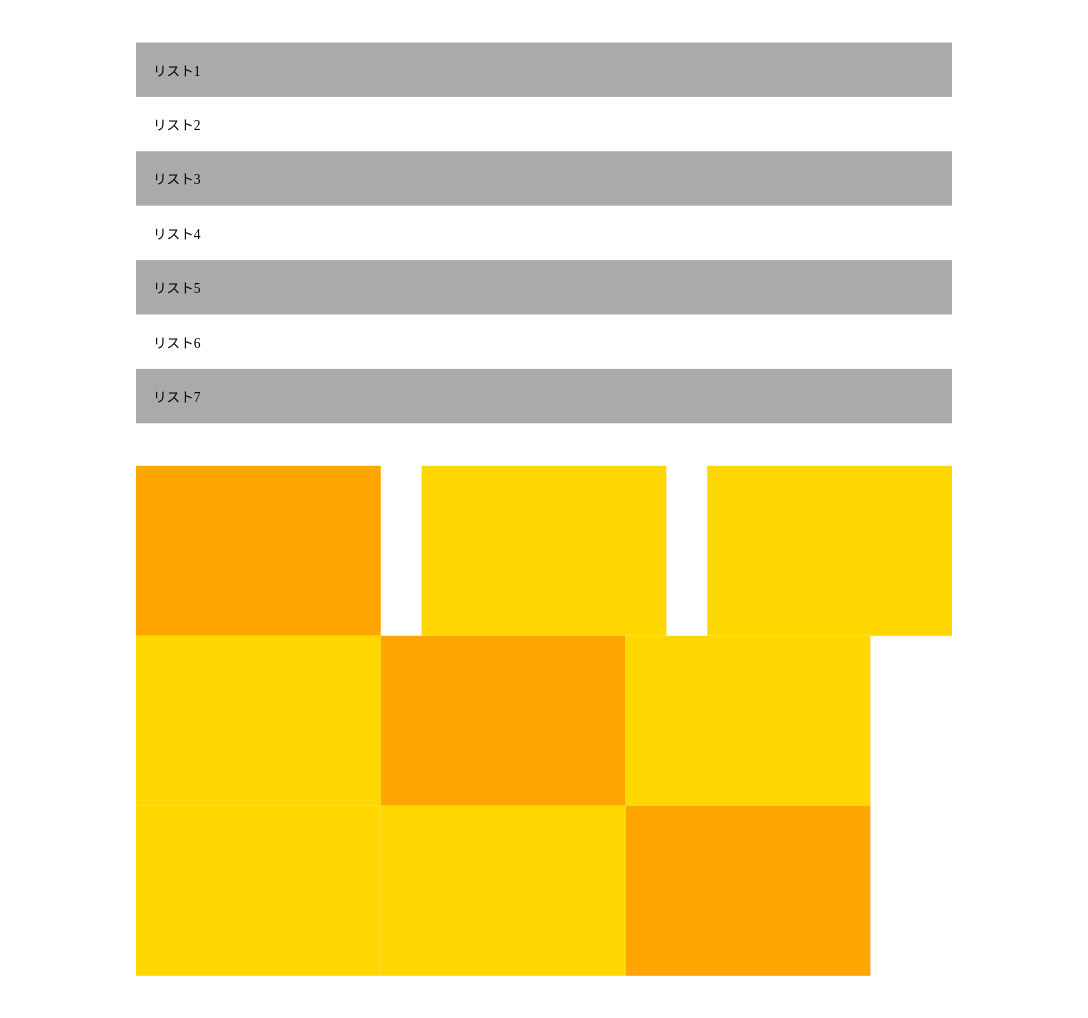
Repository: ryo32sun/Html-Practice
Page: practice/chapter8.html
The author's editor kept a record of every edit. The page is drawn from the files as they stood at one moment, then again after the next edit.
The browser window is 1280 px wide. The pictures show the whole page, at 85% of full size.

Above is the page before.

After the next edit:
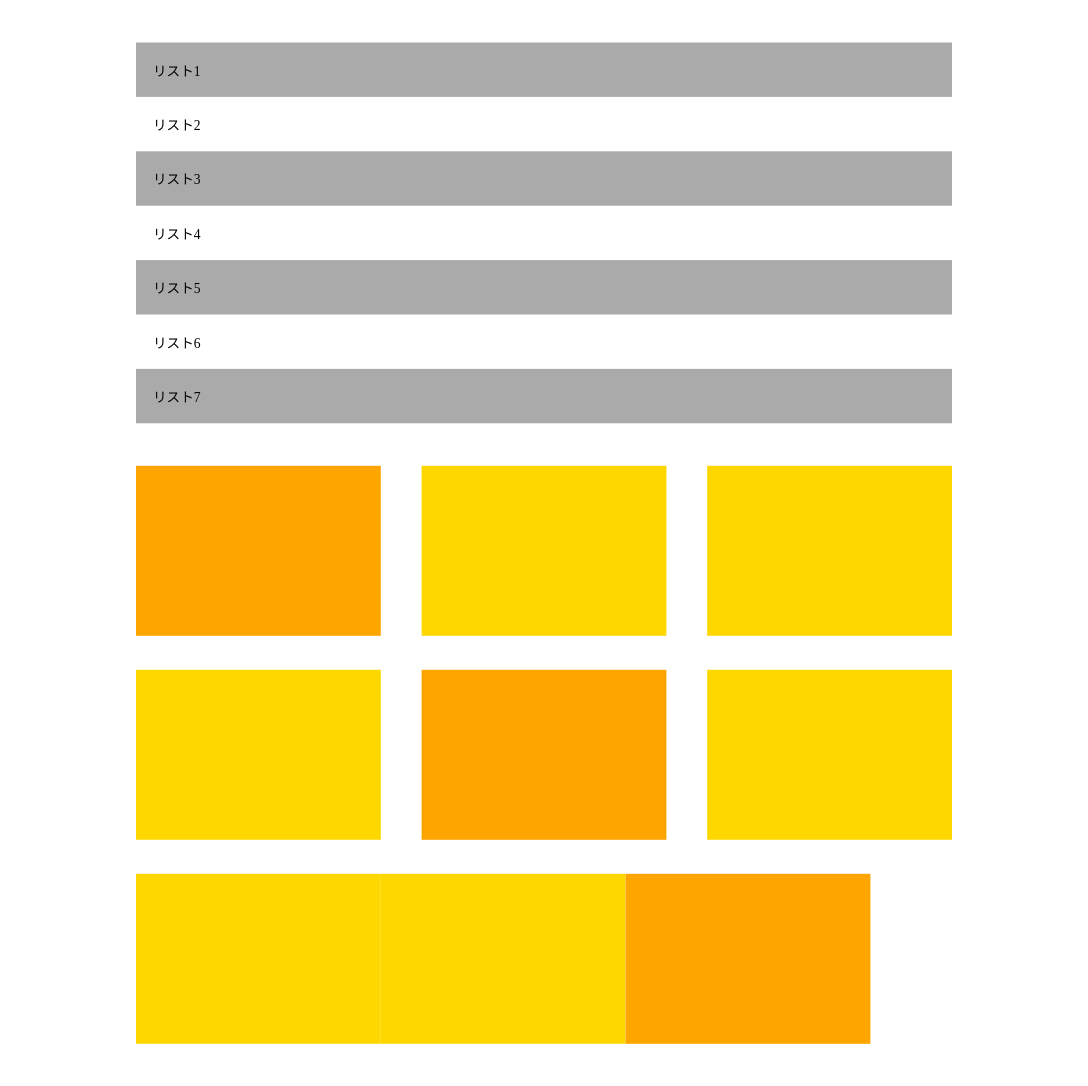
The edit:
--- a/practice/chapter8.html
+++ b/practice/chapter8.html
@@ -20,9 +20,9 @@
     <div class="block orange"></div>
     <div class="block color center"></div>
     <div class="block color"></div>
-    <div class="block color"></div>
-    <div class="block orange"></div>
-    <div class="block color"></div>
+    <div class="block color second"></div>
+    <div class="block orange second center"></div>
+    <div class="block color second"></div>
     <div class="block color"></div>
     <div class="block color"></div>
     <div class="block orange"></div>
